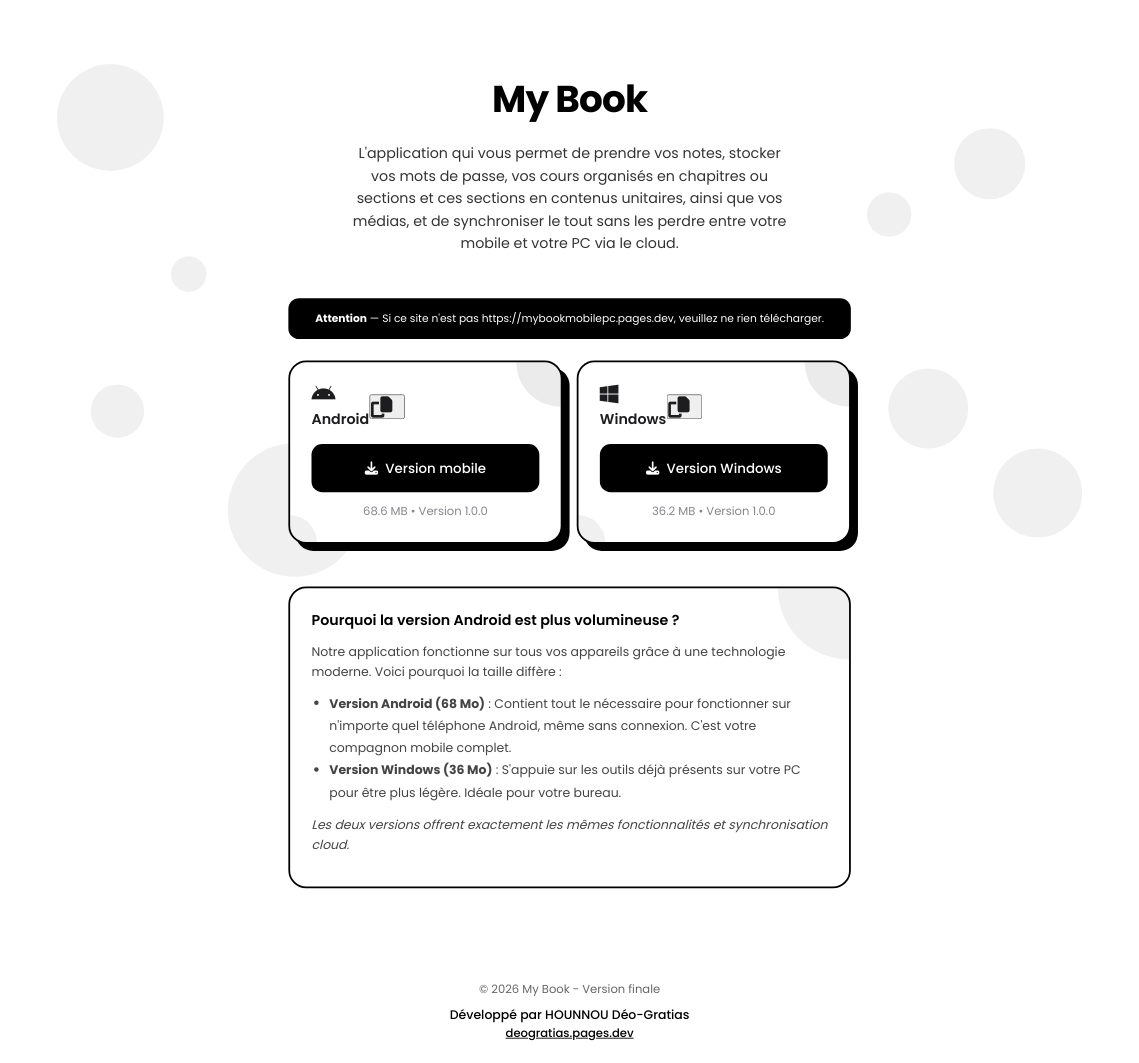
Repository: Deogratiasdev/app
Page: test.html
These files come from the project's save history. The page is drawn as it stood at one moment and after the next save; the edit follows.
The browser window is 1280 px wide. The pictures show the whole page, at 89% of full size.

Above is the page before, as saved 2026-04-12 00:31:07.

### test.html
<!DOCTYPE html>
<html lang="fr">
<head>
    <meta charset="UTF-8">
    <meta name="viewport" content="width=device-width, initial-scale=1.0">
    <title>My Book - Téléchargement</title>
    <link rel="preconnect" href="https://fonts.googleapis.com">
    <link rel="preconnect" href="https://fonts.gstatic.com" crossorigin>
    <link href="https://fonts.googleapis.com/css2?family=Poppins:wght@300;400;500;600;700&display=swap" rel="stylesheet">
    <link rel="stylesheet" href="https://cdnjs.cloudflare.com/ajax/libs/font-awesome/6.4.0/css/all.min.css">
    <style>
        * {
            margin: 0;
            padding: 0;
            box-sizing: border-box;
        }
        body {
            font-family: 'Poppins', sans-serif;
            background: #ffffff;
            color: #000000;
            line-height: 1.5;
            min-height: 100vh;
            display: flex;
            flex-direction: column;
        }
        .container {
            max-width: 680px;
            margin: 0 auto;
            padding: 80px 24px;
            flex: 1;
        }
        .header {
            text-align: center;
            margin-bottom: 48px;
        }
        .warning-box {
            background: #000000;
            border: 2px solid #000000;
            border-radius: 12px;
            padding: 12px 16px;
            margin-bottom: 24px;
            font-size: 12px;
            color: #ffffff;
            text-align: center;
            line-height: 1.5;
        }
        h1 {
            font-size: 42px;
            font-weight: 700;
            margin-bottom: 16px;
            letter-spacing: -1px;
            color: #000000;
        }
        .description {
            font-size: 16px;
            color: #333333;
            line-height: 1.6;
            max-width: 500px;
            margin: 0 auto;
        }
        .downloads {
            display: flex;
            flex-direction: column;
            gap: 16px;
            margin-bottom: 48px;
        }
        .download-card {
            background: #ffffff;
            border: 2px solid #000000;
            border-radius: 20px;
            padding: 24px;
            position: relative;
            overflow: hidden;
            transition: transform 0.3s ease;
            box-shadow: 8px 8px 0px #000000;
        }
        .download-card:hover {
            transform: translateY(-4px);
            box-shadow: 12px 12px 0px #000000;
        }
        .download-card::before {
            content: '';
            position: absolute;
            top: -50px;
            right: -50px;
            width: 100px;
            height: 100px;
            background: #000000;
            border-radius: 50%;
            opacity: 0.08;
        }
        .download-card::after {
            content: '';
            position: absolute;
            bottom: -30px;
            left: -30px;
            width: 60px;
            height: 60px;
            background: #000000;
            border-radius: 50%;
            opacity: 0.06;
        }
        .download-card-header {
            display: flex;
            align-items: center;
            margin-bottom: 16px;
        }
        .download-card-header i {
            font-size: 24px;
            margin-right: 12px;
            color: #1d1d1f;
        }
        .download-card-header h2 {
            font-size: 16px;
            font-weight: 600;
            color: #1d1d1f;
        }
        .download-btn {
            display: flex;
            align-items: center;
            justify-content: center;
            width: 100%;
            padding: 16px 24px;
            background: #000000;
            color: #ffffff;
            text-decoration: none;
            font-size: 15px;
            font-weight: 500;
            border: none;
            border-radius: 12px;
            transition: background 0.2s ease;
        }
        .download-btn:hover {
            background: #333333;
        }
        .download-btn i {
            margin-right: 8px;
        }
        .download-row {
            display: flex;
            gap: 10px;
            align-items: center;
        }
        .download-row .download-btn {
            flex: 1;
        }
        .copy-btn {
            background: #ffffff;
            border: 2px solid #000000;
            border-radius: 12px;
            padding: 14px 16px;
            cursor: pointer;
            font-size: 16px;
            color: #000000;
            transition: all 0.2s ease;
            display: flex;
            align-items: center;
            justify-content: center;
        }
        .copy-btn:hover {
            background: #000000;
            color: #ffffff;
        }
        .copy-btn.copied {
            background: #000000;
            color: #ffffff;
        }
        .download-info {
            font-size: 13px;
            color: #86868b;
            margin-top: 12px;
            text-align: center;
        }
        .info-section {
            background: #ffffff;
            border: 2px solid #000000;
            border-radius: 20px;
            padding: 24px;
            position: relative;
            overflow: hidden;
        }
        .info-section::before {
            content: '';
            position: absolute;
            top: -80px;
            right: -80px;
            width: 160px;
            height: 160px;
            background: #000000;
            border-radius: 50%;
            opacity: 0.06;
        }
        .info-section h3 {
            font-size: 16px;
            font-weight: 600;
            color: #000000;
            margin-bottom: 12px;
        }
        .info-section p {
            font-size: 14px;
            color: #444444;
            line-height: 1.6;
            margin-bottom: 12px;
        }
        .info-section ul {
            font-size: 14px;
            color: #444444;
            line-height: 1.8;
            margin-left: 20px;
        }
        .footer {
            text-align: center;
            padding: 24px;
            font-size: 13px;
            color: #666666;
        }
        .footer a {
            color: #000000;
            text-decoration: underline;
            font-weight: 500;
            transition: color 0.2s ease;
        }
        .footer a:hover {
            color: #333333;
        }
        .author {
            margin-top: 8px;
            font-size: 14px;
            font-weight: 500;
            color: #000000;
        }

        /* Bulles figées en background */
        .bg-bubbles {
            position: fixed;
            top: 0;
            left: 0;
            width: 100%;
            height: 100%;
            pointer-events: none;
            z-index: -1;
            overflow: hidden;
        }
        .bg-bubbles .bubble {
            position: absolute;
            background: #000000;
            border-radius: 50%;
            opacity: 0.06;
        }
        .bg-bubbles .bubble:nth-child(1) { width: 120px; height: 120px; top: 10%; left: 5%; }
        .bg-bubbles .bubble:nth-child(2) { width: 80px; height: 80px; top: 20%; right: 10%; }
        .bg-bubbles .bubble:nth-child(3) { width: 60px; height: 60px; top: 60%; left: 8%; }
        .bg-bubbles .bubble:nth-child(4) { width: 100px; height: 100px; top: 70%; right: 5%; }
        .bg-bubbles .bubble:nth-child(5) { width: 40px; height: 40px; top: 40%; left: 15%; }
        .bg-bubbles .bubble:nth-child(6) { width: 150px; height: 150px; bottom: 10%; left: 20%; }
        .bg-bubbles .bubble:nth-child(7) { width: 50px; height: 50px; top: 30%; right: 20%; }
        .bg-bubbles .bubble:nth-child(8) { width: 90px; height: 90px; bottom: 30%; right: 15%; }
        @media (min-width: 768px) {
            .downloads {
                flex-direction: row;
            }
            .download-card {
                flex: 1;
            }
        }
    </style>
</head>
<body>
    <div class="bg-bubbles">
        <div class="bubble"></div>
        <div class="bubble"></div>
        <div class="bubble"></div>
        <div class="bubble"></div>
        <div class="bubble"></div>
        <div class="bubble"></div>
        <div class="bubble"></div>
        <div class="bubble"></div>
    </div>
    <div class="container">
        <div class="header">
            <h1>My Book</h1>
            <p class="description">L'application qui vous permet de prendre vos notes, stocker vos mots de passe, vos cours organisés en chapitres ou sections et ces sections en contenus unitaires, ainsi que vos médias, et de synchroniser le tout sans les perdre entre votre mobile et votre PC via le cloud.</p>
        </div>

        <div class="warning-box">
            <strong>Attention</strong> — Si ce site n'est pas https://mybookmobilepc.pages.dev, veuillez ne rien télécharger.
        </div>

        <div class="downloads">
            <div class="download-card">
                <div class="download-card-header">
                    <div class="title-row">
                        <i class="fab fa-android"></i>
                        <h2>Android</h2>
                    </div>
                    <button class="copy-btn-header" onclick="copyUrl('https://github.com/Deogratiasdev/app/raw/main/releases/MyBook.apk')" title="Copier le lien"><i class="fas fa-copy"></i></button>
                </div>
                <a href="https://github.com/Deogratiasdev/app/raw/main/releases/MyBook.apk" download class="download-btn"><i class="fas fa-download"></i> Version mobile</a>
                <p class="download-info">68.6 MB • Version 1.0.0</p>
            </div>

            <div class="download-card">
                <div class="download-card-header">
                    <div class="title-row">
                        <i class="fab fa-windows"></i>
                        <h2>Windows</h2>
                    </div>
                    <button class="copy-btn-header" onclick="copyUrl('https://github.com/Deogratiasdev/app/raw/main/releases/MyBook_Setup.exe')" title="Copier le lien"><i class="fas fa-copy"></i></button>
                </div>
                <a href="https://github.com/Deogratiasdev/app/raw/main/releases/MyBook_Setup.exe" download class="download-btn"><i class="fas fa-download"></i> Version Windows</a>
                <p class="download-info">36.2 MB • Version 1.0.0</p>
            </div>
        </div>

        <div class="info-section">
            <h3>Pourquoi la version Android est plus volumineuse ?</h3>
            <p>Notre application fonctionne sur tous vos appareils grâce à une technologie moderne. Voici pourquoi la taille diffère :</p>
            <ul>
                <li><strong>Version Android (68 Mo)</strong> : Contient tout le nécessaire pour fonctionner sur n'importe quel téléphone Android, même sans connexion. C'est votre compagnon mobile complet.</li>
                <li><strong>Version Windows (36 Mo)</strong> : S'appuie sur les outils déjà présents sur votre PC pour être plus légère. Idéale pour votre bureau.</li>
            </ul>
            <p style="margin-top: 12px; font-style: italic;">Les deux versions offrent exactement les mêmes fonctionnalités et synchronisation cloud.</p>
        </div>
    </div>

    <div class="footer">
        © 2026 My Book - Version finale<br>
        <div class="author">Développé par HOUNNOU Déo-Gratias</div>
        <a href="https://deogratias.pages.dev" target="_blank">deogratias.pages.dev</a>
    </div>

    <script>
        function copyUrl(url) {
            navigator.clipboard.writeText(url).then(function() {
                const buttons = document.querySelectorAll('.copy-btn');
                buttons.forEach(btn => {
                    if (btn.getAttribute('onclick').includes(url)) {
                        btn.classList.add('copied');
                        btn.innerHTML = '<i class="fas fa-check"></i>';
                        setTimeout(() => {
                            btn.classList.remove('copied');
                            btn.innerHTML = '<i class="fas fa-copy"></i>';
                        }, 2000);
                    }
                });
            });
        }
    </script>
</body>
</html>

After the next save:
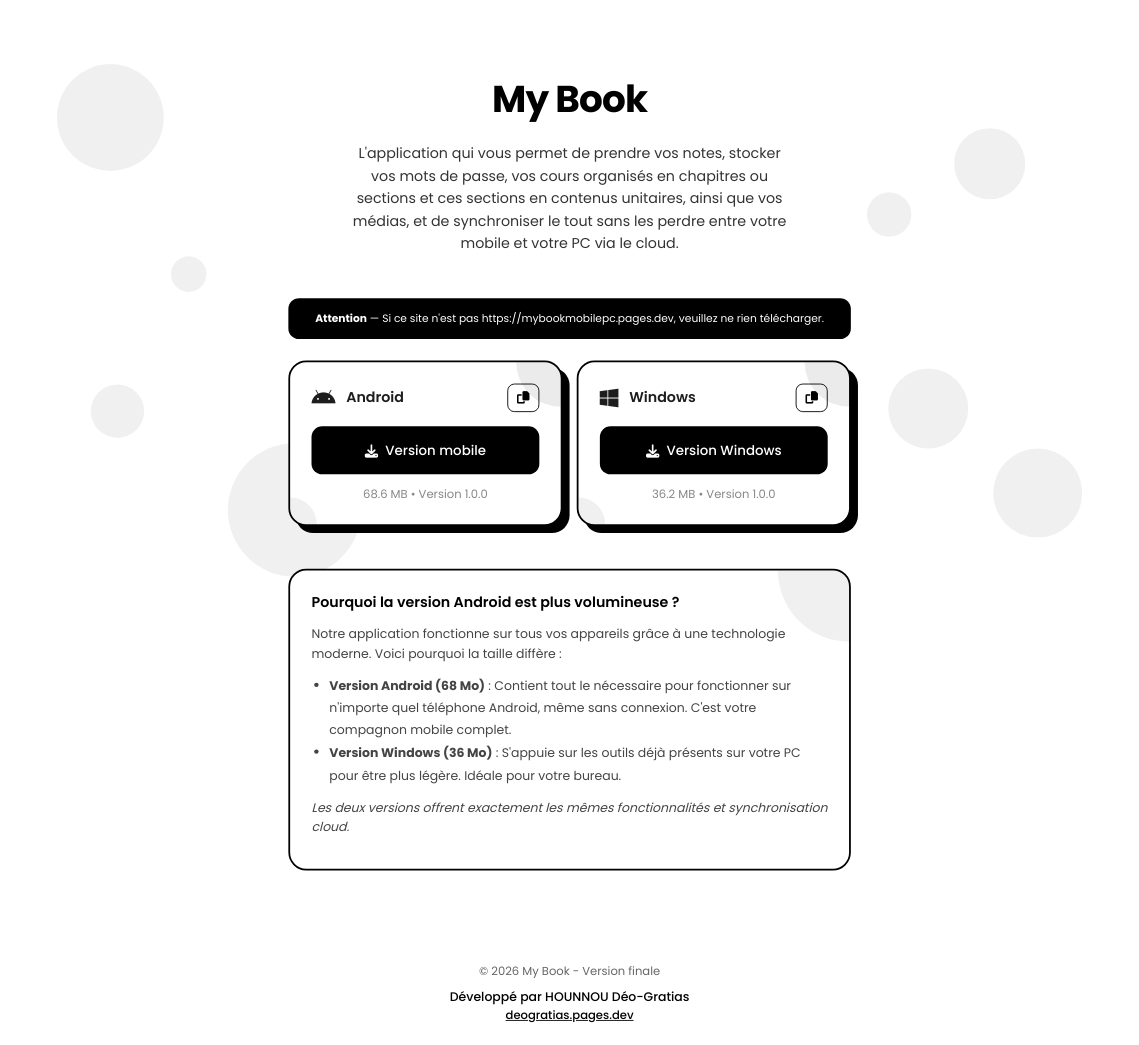
Saved 18 s later.
--- a/test.html
+++ b/test.html
@@ -103,17 +103,43 @@
         .download-card-header {
             display: flex;
             align-items: center;
+            justify-content: space-between;
             margin-bottom: 16px;
         }
-        .download-card-header i {
+        .title-row {
+            display: flex;
+            align-items: center;
+        }
+        .title-row i {
             font-size: 24px;
             margin-right: 12px;
             color: #1d1d1f;
         }
-        .download-card-header h2 {
+        .title-row h2 {
             font-size: 16px;
             font-weight: 600;
             color: #1d1d1f;
+        }
+        .copy-btn-header {
+            background: transparent;
+            border: 1.5px solid #000000;
+            border-radius: 8px;
+            padding: 8px 10px;
+            cursor: pointer;
+            font-size: 14px;
+            color: #000000;
+            transition: all 0.2s ease;
+            display: flex;
+            align-items: center;
+            justify-content: center;
+        }
+        .copy-btn-header:hover {
+            background: #000000;
+            color: #ffffff;
+        }
+        .copy-btn-header.copied {
+            background: #000000;
+            color: #ffffff;
         }
         .download-btn {
             display: flex;
